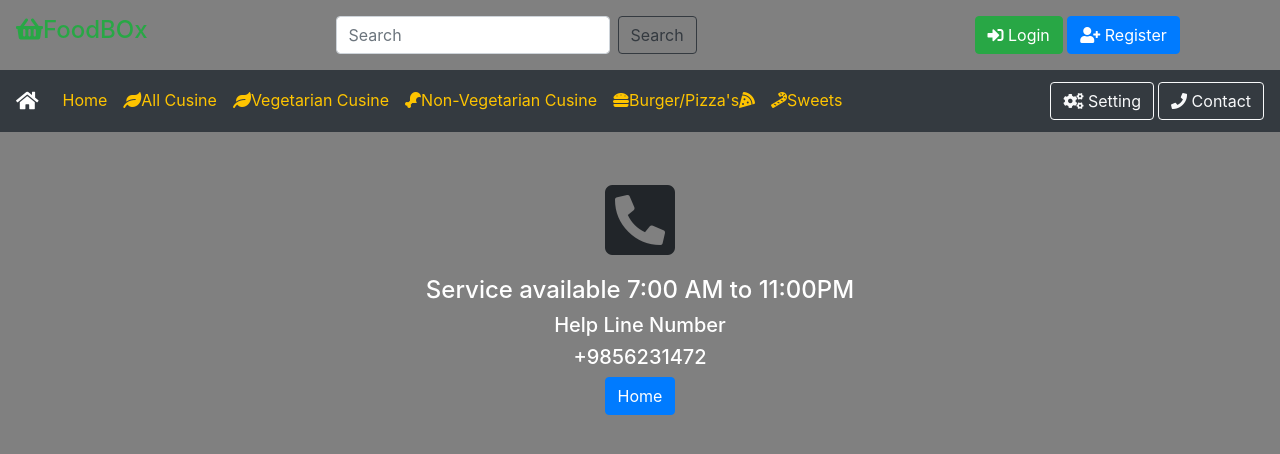
Repository: debjaniprofessional32/Capstone-Final-FoodBox-Delivery-Project
Page: http://localhost/OnlinFoodBOX/helpcenter.jsp
An editor plug-in stored every save of this project. The page is shown before and after the next save, followed by the edit.
The browser window is 1280 px wide. The pictures show the whole page.
Some web libraries are served in a nearby version. The page is served by Tomcat 9.

Above is the page before, as saved 2022-12-23 13:29:50.

After the next save:
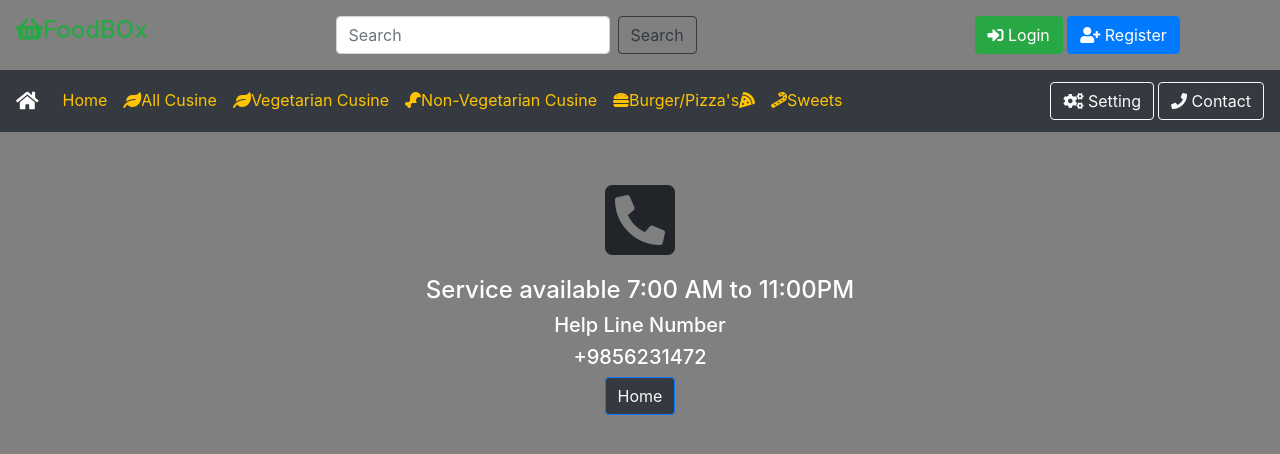
Saved 43 s later.
--- a/OnlinFoodBOX/src/main/webapp/helpcenter.jsp
+++ b/OnlinFoodBOX/src/main/webapp/helpcenter.jsp
@@ -15,7 +15,7 @@
 <h4 class="text-center text-white" >Service available 7:00 AM to 11:00PM</h4>
 <h5 class="text-center text-white">Help Line Number</h5>
 <h5 class="text-center text-white">+9856231472</h5>
-<center><a href="index.jsp" class="btn btn-primary text-center">Home</a></center>
+<center><a href="index.jsp" class="btn btn-primary bg-dark text-light">Home</a></center>
 </div>
 </body>
 </html>
